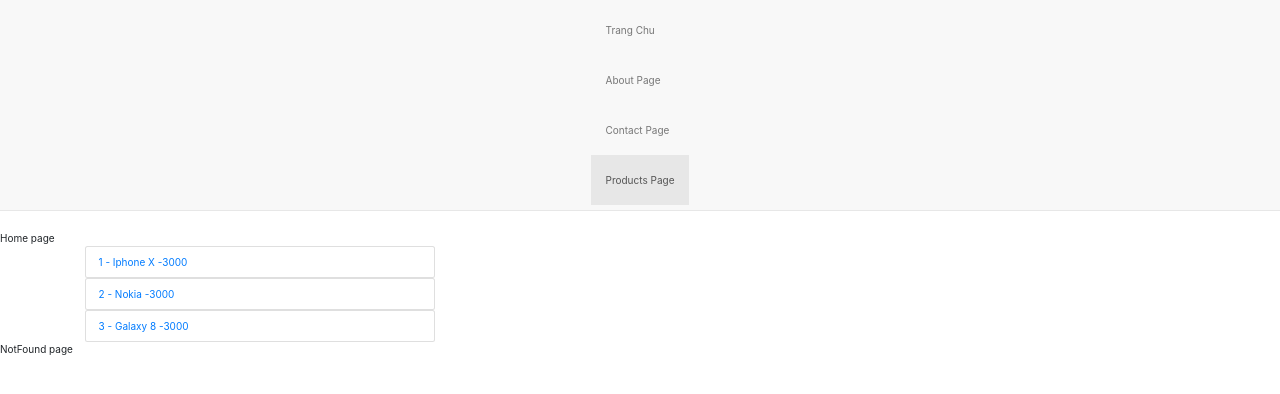
Repository: hntvip/react-route
Page: /products
The author's editor kept a copy of each file at every save. The page is drawn from the files as they stood at one save, then again after a run of saves.
The browser window is 1280 px wide. The pictures show the whole page.
The project was rebuilt for these pictures with package versions that can differ from the ones it lists, and the page was loaded fresh each time. Also part of the build but not shown: src/components/About.js, src/components/Contact.js.

Above is the page before, as saved 2019-11-28 15:03:23.

### public/index.html
<!DOCTYPE html>
<html lang="en">
  <head>
    <meta charset="utf-8" />
    <link rel="icon" href="%PUBLIC_URL%/favicon.ico" />
    <meta name="viewport" content="width=device-width, initial-scale=1" />
    <meta name="theme-color" content="#000000" />
    <meta
      name="description"
      content="Web site created using create-react-app"
    />
    <link rel="apple-touch-icon" href="logo192.png" />
    <!--
      manifest.json provides metadata used when your web app is installed on a
      user's mobile device or desktop. See https://developers.google.com/web/fundamentals/web-app-manifest/
    -->
    <link rel="manifest" href="%PUBLIC_URL%/manifest.json" />
    <!--
      Notice the use of %PUBLIC_URL% in the tags above.
      It will be replaced with the URL of the `public` folder during the build.
      Only files inside the `public` folder can be referenced from the HTML.

      Unlike "/favicon.ico" or "favicon.ico", "%PUBLIC_URL%/favicon.ico" will
      work correctly both with client-side routing and a non-root public URL.
      Learn how to configure a non-root public URL by running `npm run build`.
    -->
    <title>React App</title>

    <!-- Latest compiled and minified CSS & JS -->
    <link rel="stylesheet" media="screen" href="//netdna.bootstrapcdn.com/bootstrap/3.3.4/css/bootstrap.min.css">
    <script src="//code.jquery.com/jquery.js"></script>
    <script src="//netdna.bootstrapcdn.com/bootstrap/3.3.4/js/bootstrap.min.js"></script>

  </head>
  <body>
    <noscript>You need to enable JavaScript to run this app.</noscript>
    <div id="root"></div>
    <!--
      This HTML file is a template.
      If you open it directly in the browser, you will see an empty page.

      You can add webfonts, meta tags, or analytics to this file.
      The build step will place the bundled scripts into the <body> tag.

      To begin the development, run `npm start` or `yarn start`.
      To create a production bundle, use `npm run build` or `yarn build`.
    -->
  </body>
</html>

### src/index.js
import React from 'react';
import ReactDOM from 'react-dom';
import './index.css';
import App from './App';
import * as serviceWorker from './serviceWorker';

import '../node_modules/bootstrap/dist/css/bootstrap.css';

ReactDOM.render(<App />, document.getElementById('root'));

// If you want your app to work offline and load faster, you can change
// unregister() to register() below. Note this comes with some pitfalls.
// Learn more about service workers: https://bit.ly/CRA-PWA
serviceWorker.unregister();

### src/App.js
import React, { Component } from 'react';
import { BrowserRouter as Router, Route} from 'react-router-dom';
import Menu from './components/Menu';
import routes from'./routes';

class App extends Component {
  render(){
    return (
      <Router>
        <div className="App">
          <Menu/>
          {/* Noi Dung */}

          {this.showContentMenus(routes)}
        </div>
      </Router>
    )
  }
  showContentMenus = (routes) => {
    var result = null;
    if( routes.length > 0){
      result = routes.map((route, index) => {
        return (
          <Route
            key={index}
            path={route.path}
            exact={route.exact}
            component={route.main}
          ></Route>
        )
      })
    }
    return result;
  }
}

export default App;

### src/components/Menu.js
import React, { Component } from 'react';
import { Route, Link} from 'react-router-dom';
const menus = [
  {
    name: "Trang Chu",
    to:"/",
    exact: true
  },{
    name: "About Page",
    to:"/about",
    exact: false
  },{
    name: "Contact Page",
    to:"/contact",
    exact: false
  },{
    name: "Products Page",
    to:"/products",
    exact: false
  }
]
const MenuLink = ({label, to, activeOnlyWhenExact}) => {
  return (
    <Route path={to} exact={activeOnlyWhenExact} children={({match})=>{
      var active = match ? 'active': 'abc'
      return (
        <li className={active}>
          <Link to={to} className="my-link">{label}</Link>
        </li>
      )
    }}>
    </Route>
  )
}

class Menu extends Component{
  render(){
    return(
      <nav className="navbar navbar-default navbar-fixed-top" role="navigation">
        <ul className="nav navbar-nav">
          { this.showMenus(menus)}
        </ul>
      </nav>
    );
  }

  showMenus = (menus) => {
    var result = null;
    if ( menus.length > 0 ){
      result = menus.map((menu, index) => {
        return (
          <MenuLink to={menu.to}
            key={index}
            label={menu.name}
            activeOnlyWhenExact={menu.exact}
          />
        )
      })
    }
    return result;
  }
}

export default Menu;

### src/routes.js
import React from 'react'

import About from './components/About';
import Home from './components/Home';
import Contact from './components/Contact';
import Products from './components/Products';
import NotFound from './components/NotFound';

const routes = [
  {
    path:'',
    exact: 'true',
    main: () => <Home />
  },
  {
    path:'/about',
    exact: false,
    main: () => <About />
  },
  {
    path:'/contact',
    exact: false,
    main: () => <Contact />
  },
  {
    path:'/products',
    exact: false,
    main: ({match}) => <Products match={match}/>
  },
  {
    path:'',
    exact: false,
    main: () => <NotFound />
  }
]

export default routes;

### src/components/Home.js
import React, { Component } from 'react';

class Home extends Component {
  render() {
    return (
      <div>Home page</div>
    );
  }
}

export default Home;

### src/components/Products.js
import React, {Component} from 'react';
import { NavLink } from 'react-router-dom';


class Products extends Component {
  render (){
    var products = [
      {
        id: 1,
        name: 'Iphone X',
        price: 3000,
        slug: 'iphone'
      },
      {
        id: 2,
        name: 'Nokia',
        price: 3000,
        slug: 'nokia'
      },
      {
        id: 3,
        name: 'Galaxy 8',
        price: 3000,
        slug: 'galaxy'
      }
    ]
    var { match } = this.props; // this.props.match
    var url = match.url;
    var result = products.map( (product, index) =>{
      return (
        <NavLink to={`${url}/${product.slug}`} key={index}>
          <li class="list-group-item">
            {product.id} - {product.name} -{product.price}
          </li>
        </NavLink>
      )
    })

    return (
        <div className="container">
          <div class="row">
            <div class="col-xs-4 col-sm-4 col-md-4 col-lg-4">
               {result}
            </div>
          </div>

        </div>
    );
  }
}

export default Products;

### src/components/NotFound.js
import React, { Component }  from 'react';

class NotFound extends Component {
  render() {
    return (
      <div>NotFound page</div>
    );
  }
}

export default NotFound;

Loaded but not shown: src/index.css (common file); src/serviceWorker.js (common file)

After the next 2 saves:
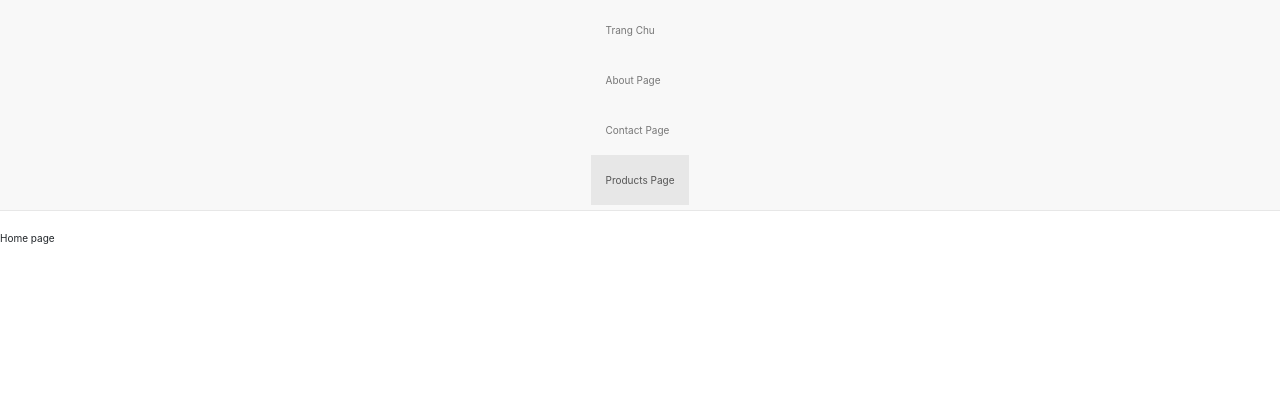
The 2 saves are shown as one change because they came seconds apart.
The last was saved 2 min 47 s later.
--- a/src/App.js
+++ b/src/App.js
@@ -1,5 +1,5 @@
 import React, { Component } from 'react';
-import { BrowserRouter as Router, Route} from 'react-router-dom';
+import { BrowserRouter as Router, Route, Switch} from 'react-router-dom';
 import Menu from './components/Menu';
 import routes from'./routes';
 
@@ -11,7 +11,9 @@ class App extends Component {
           <Menu/>
           {/* Noi Dung */}
 
-          {this.showContentMenus(routes)}
+          <Switch>
+            {this.showContentMenus(routes)}
+          </Switch>
         </div>
       </Router>
     )
